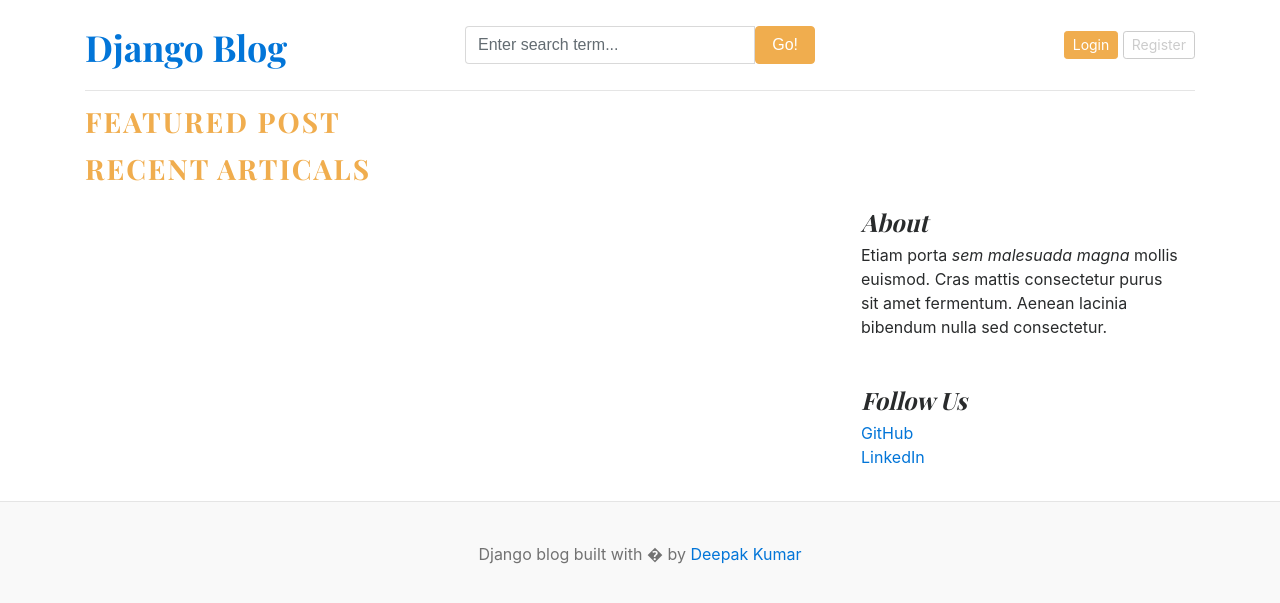
Repository: vijayholve/Blog-Website-Django
Page: templates/home.html
These files come from the project's save history. The page is drawn as it stood at one moment and after a run of saves; the edit follows.
The browser window is 1280 px wide. The pictures show the whole page.
The template is drawn by Django 5.2. The application's start-up code is not run. The template is opened directly, without the code that normally fills it, so the values that code supplies are empty.

Above is the page before, as saved 2025-01-29 14:49:00.

After the next 3 saves:
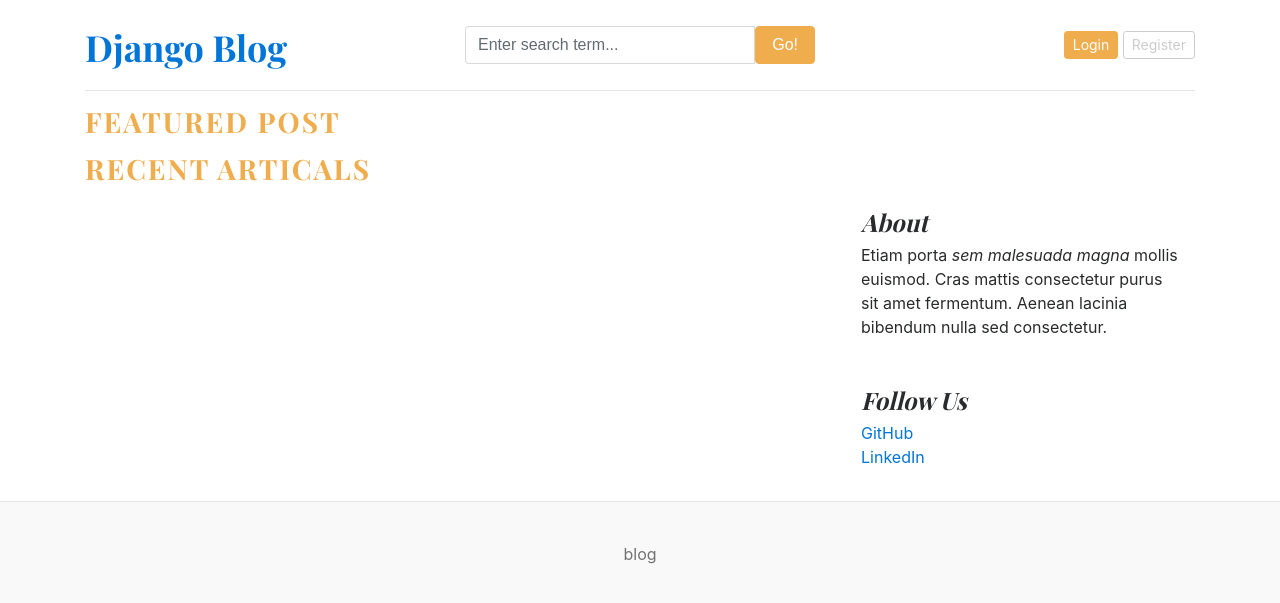
The 3 saves are shown as one change because they came seconds apart.
The last was saved 11 s later.
--- a/templates/base/footer.html
+++ b/templates/base/footer.html
@@ -1,5 +1,5 @@
 <footer class="blog-footer">
-    <p>Django blog built with � by <a href="#">Deepak Kumar</a></p>
+    <p>blog <a href="#"></a></p>
   </footer>
   </body>
   </html>
